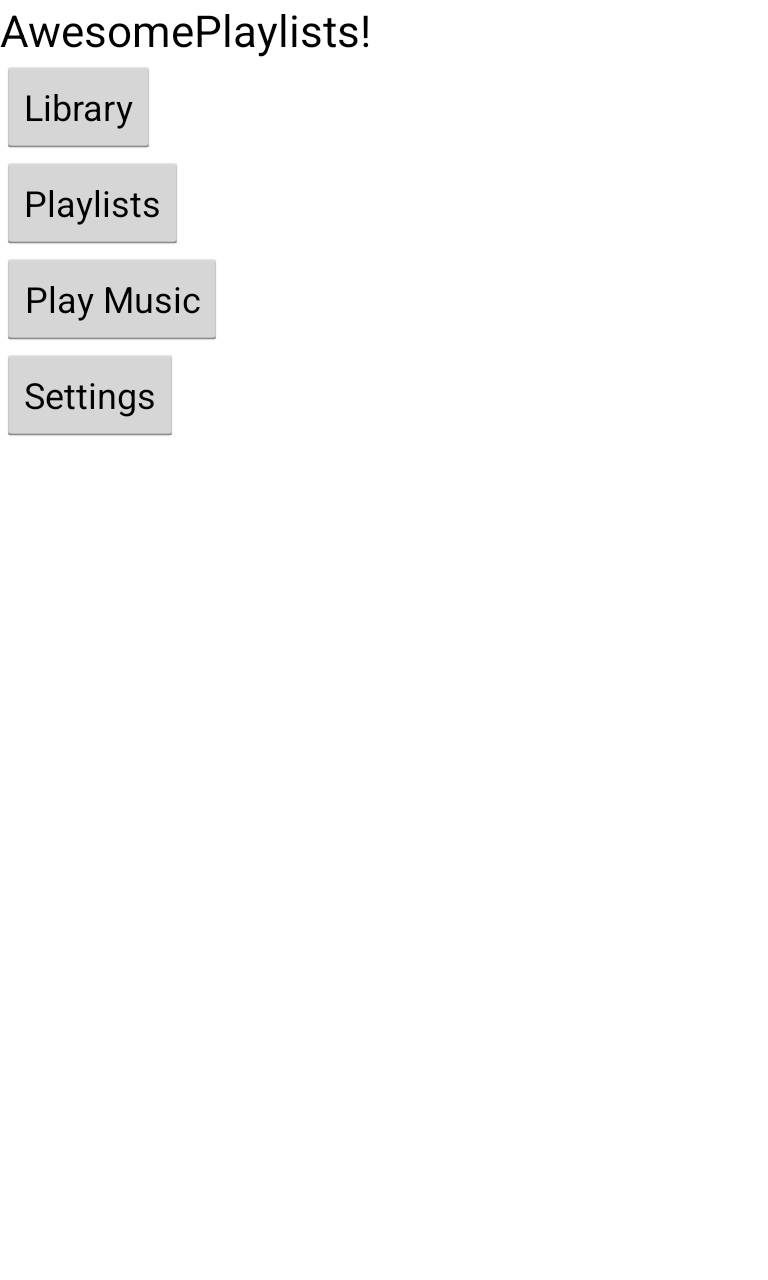
Repository: ohadsch/AwesomePlaylists
Layout: AwesomePlaylists/res/layout/activity_main.xml
The author's editor kept a copy of each file at every save. The layout is drawn from the files as they stood at one save, then again after the next save.
It is drawn on a 768 x 1280 px phone screen (xhdpi) without system bars, with theme AppTheme; the app's code is not run.

Above is the layout before, as saved 2014-04-28 14:48:33.

### AwesomePlaylists/res/layout/activity_main.xml
<LinearLayout xmlns:android="http://schemas.android.com/apk/res/android"
    android:layout_width="fill_parent"
    android:layout_height="fill_parent"
    android:orientation="vertical"
    android:color="@android:color/black" >

    <TextView
        android:id="@+id/textView1"
        android:layout_width="wrap_content"
        android:layout_height="wrap_content"
        android:text="@string/main_title"
        android:textAppearance="?android:attr/textAppearanceLarge" />

    <Button
        android:id="@+id/button_library"
        android:layout_width="wrap_content"
        android:layout_height="wrap_content"
        android:text="@string/library_title"
        android:onClick="goToLibrary" />

    <Button
        android:id="@+id/button2"
        android:layout_width="wrap_content"
        android:layout_height="wrap_content"
        android:text="@string/playlists_title"
        android:onClick="goToPlaylists" />

    <Button
        android:id="@+id/button3"
        android:layout_width="wrap_content"
        android:layout_height="wrap_content"
        android:text="Play Music"
        android:onClick="goToPlayIt" />

    <Button
        android:id="@+id/button3"
        android:layout_width="wrap_content"
        android:layout_height="wrap_content"
        android:text="Settings"
        android:onClick="goToSettings" />

</LinearLayout>

### AwesomePlaylists/res/values/strings.xml
<?xml version="1.0" encoding="utf-8"?>
<resources>

    <string name="app_name">AwesomePlaylists</string>
    <string name="hello_world">Hello world!</string>
    <string name="action_settings">Settings</string>
    <string name="title_activity_library">LibraryActivity</string>
    <string name="title_activity_playlists">PlaylistsActivity</string>
    <string name="title_activity_play_it">PlayItActivity</string>
    <string name="title_activity_Settings">SettingsActivity</string>
    <string name="title_activity_add_edit_playlist">AddEditPlaylistActivity</string>

    <!--  Main Activity -->
    <string name="main_title">AwesomePlaylists!</string>

    <!-- Library Activity -->
    <string name="library_title">Library</string>
    <string name="song_name_template">Song</string>
    <string name="song_artist_template">Artist</string>
    <string name="delete_song_description">Remove this song</string>
    <string name="add_song_description">Add new song</string>

    <!-- Playlists Activity -->
    <string name="playlists_title">Playlists</string>
    <string name="add_playlist_description">Add new playlist</string>
    <string name="playlist_example_1">Running in gym</string>
    <string name="playlist_example_2">Driving to work</string>
    <string name="playlist_example_3">Another playlist...</string>
    <string name="edit_playlist_description">Edit</string>
    <string name="share_playlist_description">Share</string>
    <string name="delete_playlist_description">Delete</string>


    <string name="playlist_name">Playlist_name</string>

</resources>

Loaded but not shown: AwesomePlaylists/res/values/styles.xml (common file); AwesomePlaylists/res/values-v11/styles.xml (common file); AwesomePlaylists/res/values-v14/styles.xml (common file)

After the next save:
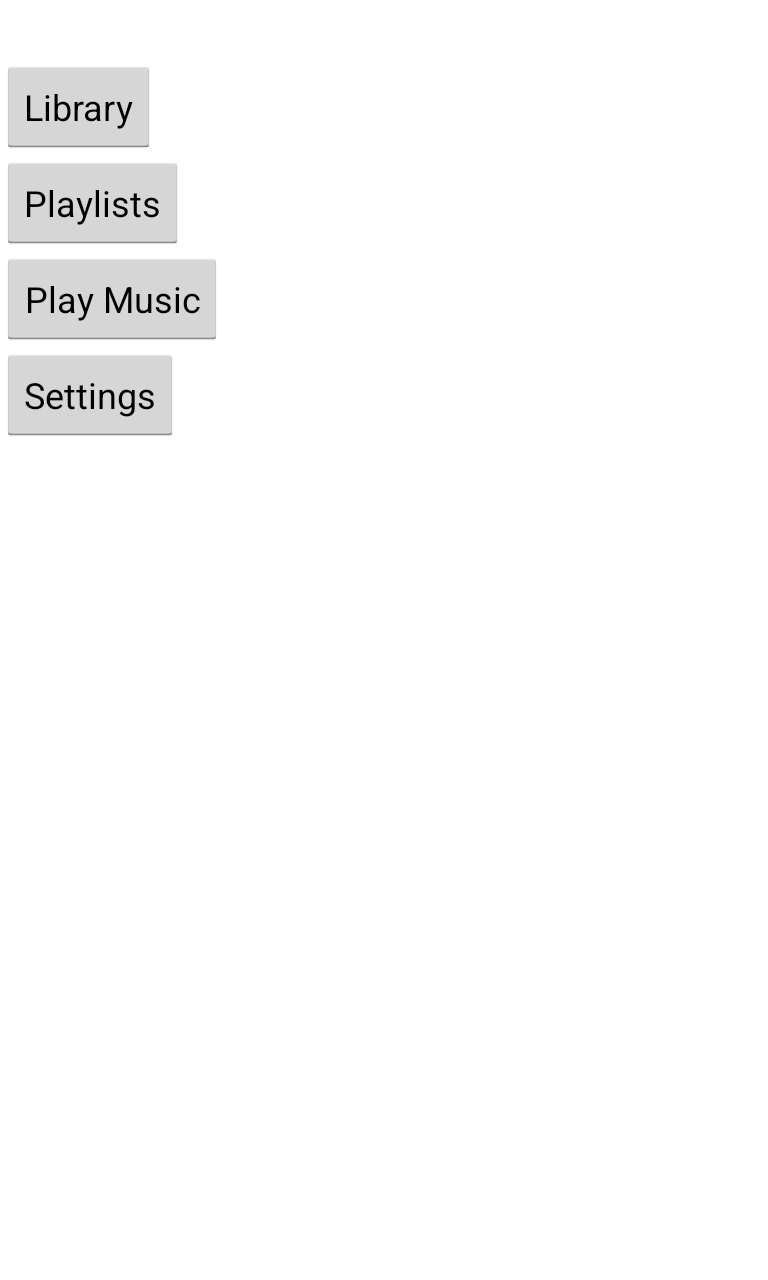
Saved 33 s later.
--- a/AwesomePlaylists/res/layout/activity_main.xml
+++ b/AwesomePlaylists/res/layout/activity_main.xml
@@ -9,6 +9,7 @@
         android:layout_width="wrap_content"
         android:layout_height="wrap_content"
         android:text="@string/main_title"
+        android:textColor="@android:color/white"
         android:textAppearance="?android:attr/textAppearanceLarge" />
 
     <Button
